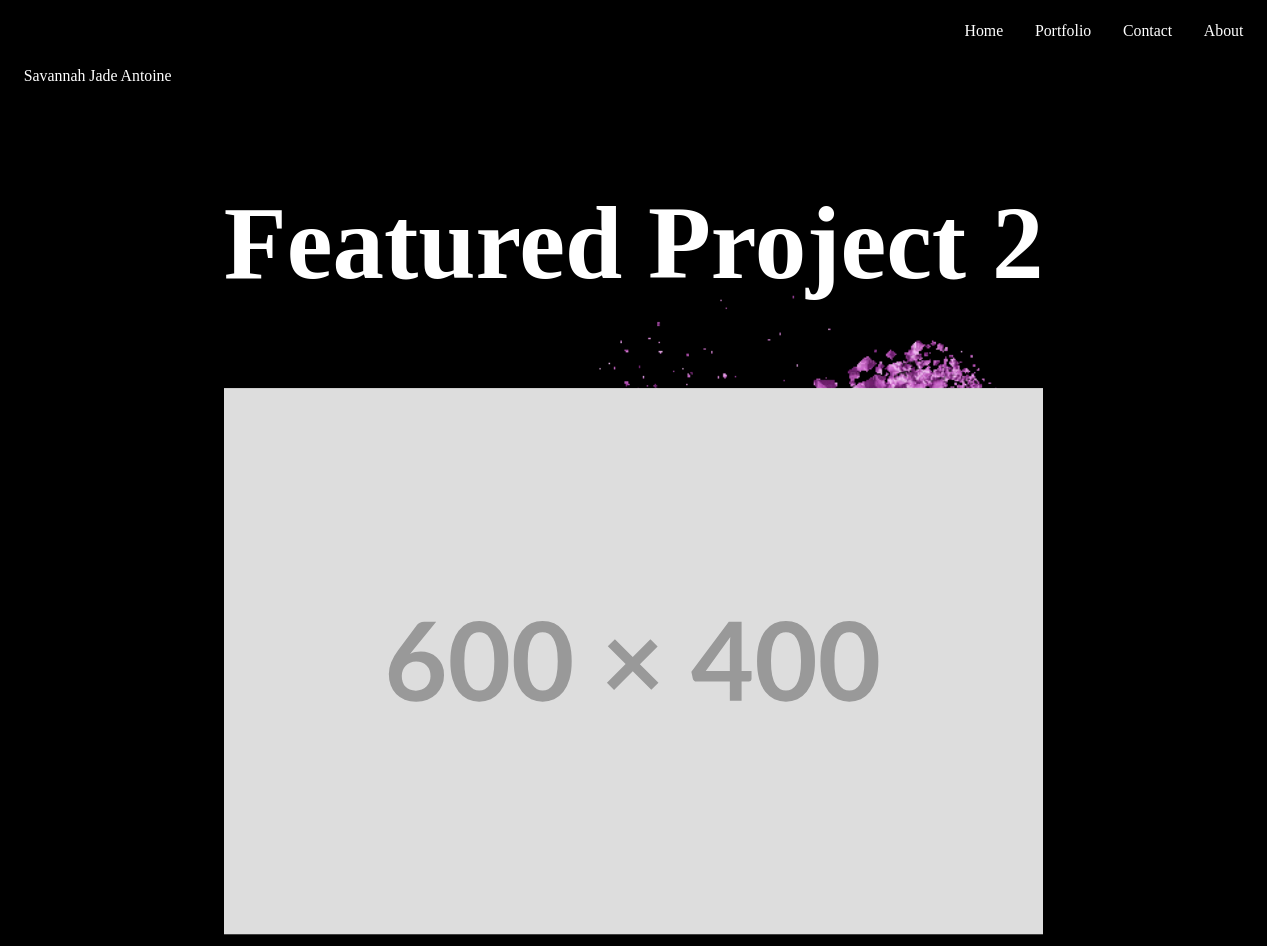
Repository: Savannah-Antoine/Savannah-Antoine
Page: pages/project-name-2.html
These files come from the project's save history. The page is drawn as it stood at one moment and after the next save; the edit follows.
The browser window is 1280 px wide. The pictures show the whole page, at 99% of full size.

Above is the page before, as saved 2026-05-08 17:01:49.

After the next save:
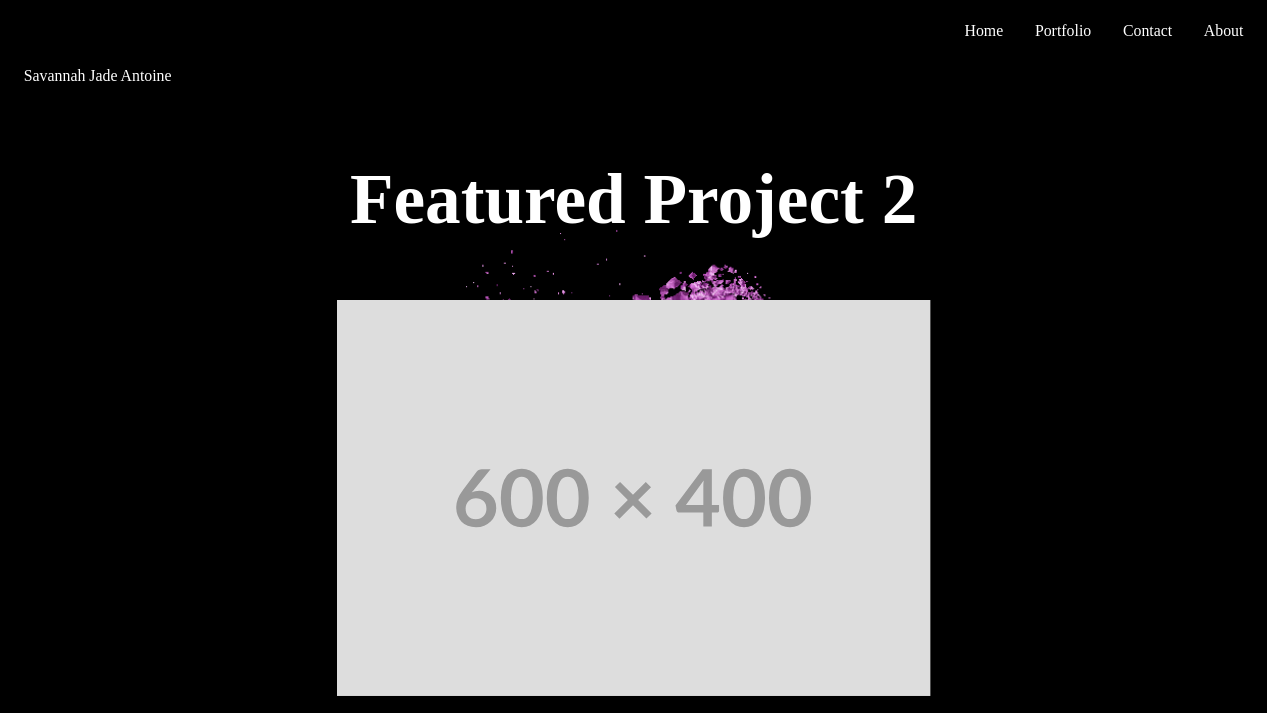
Saved 6 min 1 s later.
--- a/styles/page.css
+++ b/styles/page.css
@@ -12,7 +12,7 @@ img{
 @media screen and (min-width: 768px)
 {
     body h1{
-    font-size: 6.5rem;
+    font-size: 4.5rem;
 }
 
 
